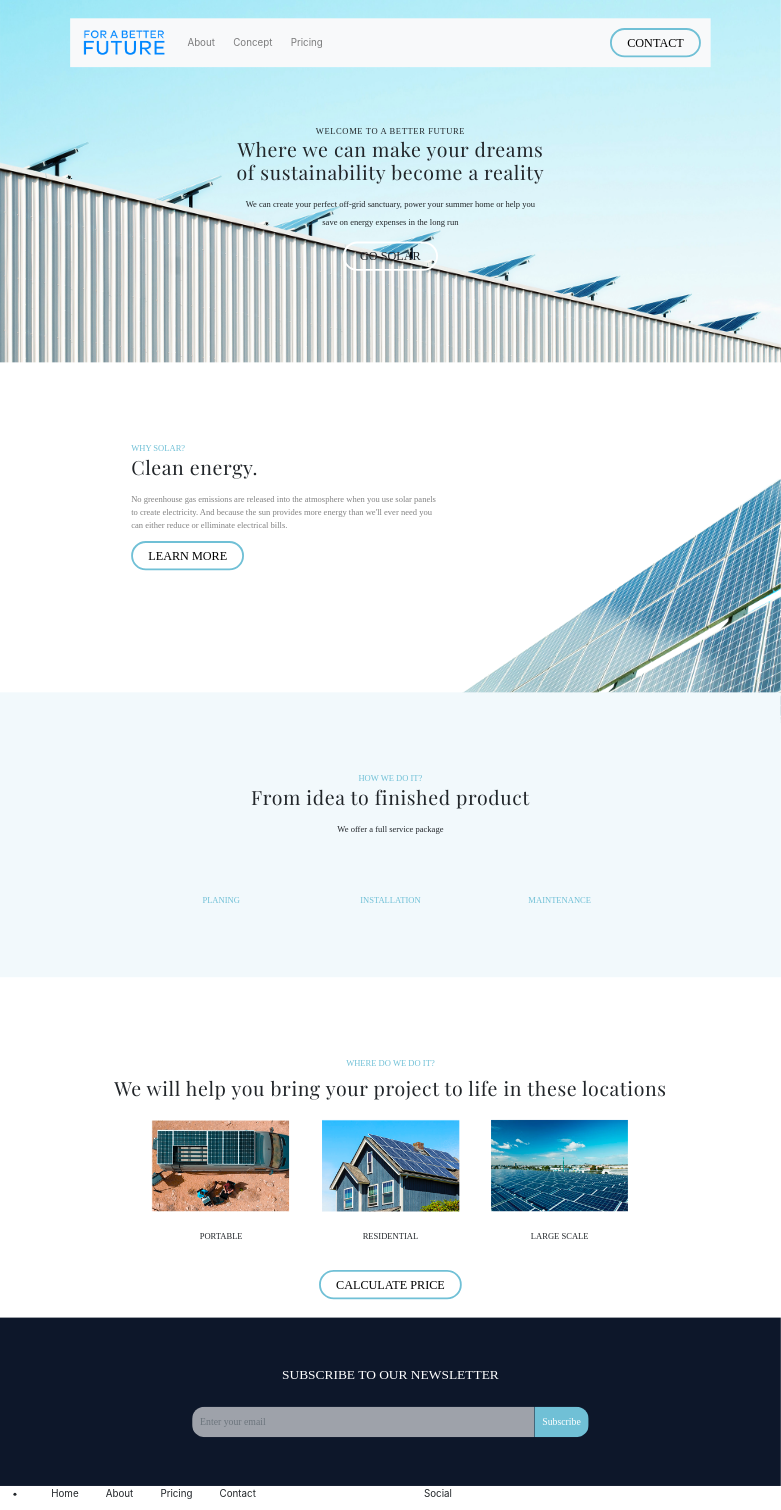
Repository: sabinemm/fabf
Page: index.html
The author's editor kept a record of every edit. The page is drawn from the files as they stood at one moment, then again after the next edit.
The browser window is 1280 px wide. The pictures show the whole page, at 61% of full size.
Backgrounds fixed to the window are drawn as part of the page. Some web fonts or font styles are not loaded; a fallback is used. Some web libraries are served in a nearby version.

Above is the page before.
Console error (its wording comes from the project's code and is left out).

After the next edit:
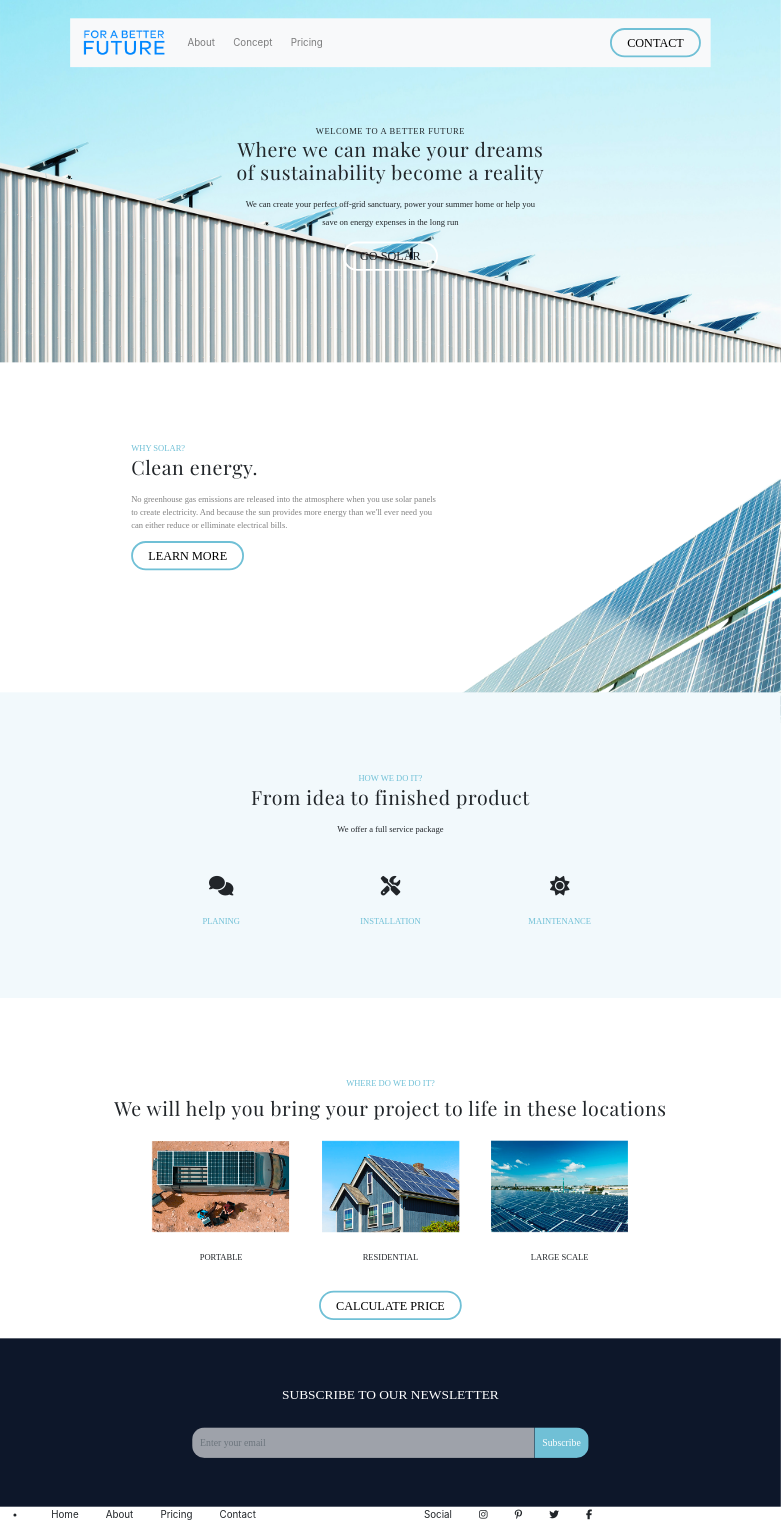
The edit:
--- a/index.html
+++ b/index.html
@@ -10,6 +10,7 @@
     <link rel="stylesheet" media="screen" href="https://fontlibrary.org/face/roundo" type="text/css" />
     <link rel="stylesheet" media="screen" href="https://fontlibrary.org/face/source-sans-pro" type="text/css" />
     <link href="https://fonts.googleapis.com/css?family=Playfair+Display&display=swap" rel="stylesheet">
+     <script src="https://kit.fontawesome.com/7e530e9396.js"></script>
     <script src="//maxcdn.bootstrapcdn.com/bootstrap/3.3.0/js/bootstrap.min.js"></script>
     <script src="//code.jquery.com/jquery-1.11.1.min.js"></script>
 
